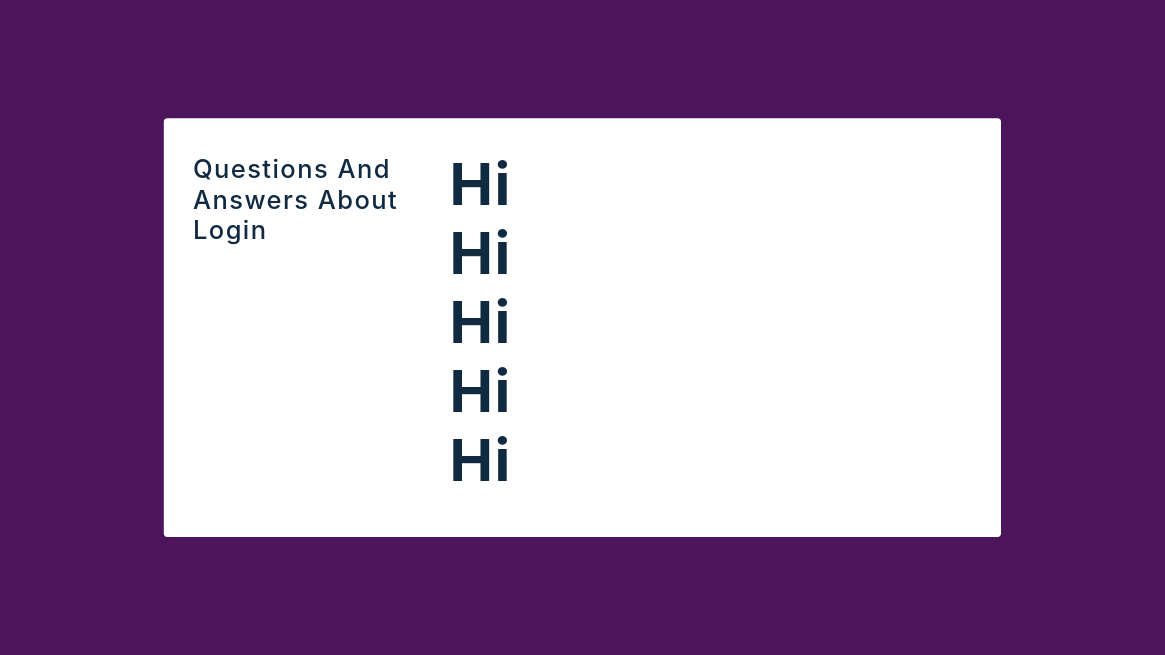
Repository: Reghanoid/Accordion
Page: /
These files come from the project's save history. The page is drawn as it stood at one moment and after a run of saves; the edit follows.
The browser window is 1280 px wide. The pictures show the whole page, at 91% of full size.
The project was rebuilt for these pictures with package versions that can differ from the ones it lists, and the page was loaded fresh each time.

Above is the page before, as saved 2022-06-08 14:45:13.

After the next 2 saves:
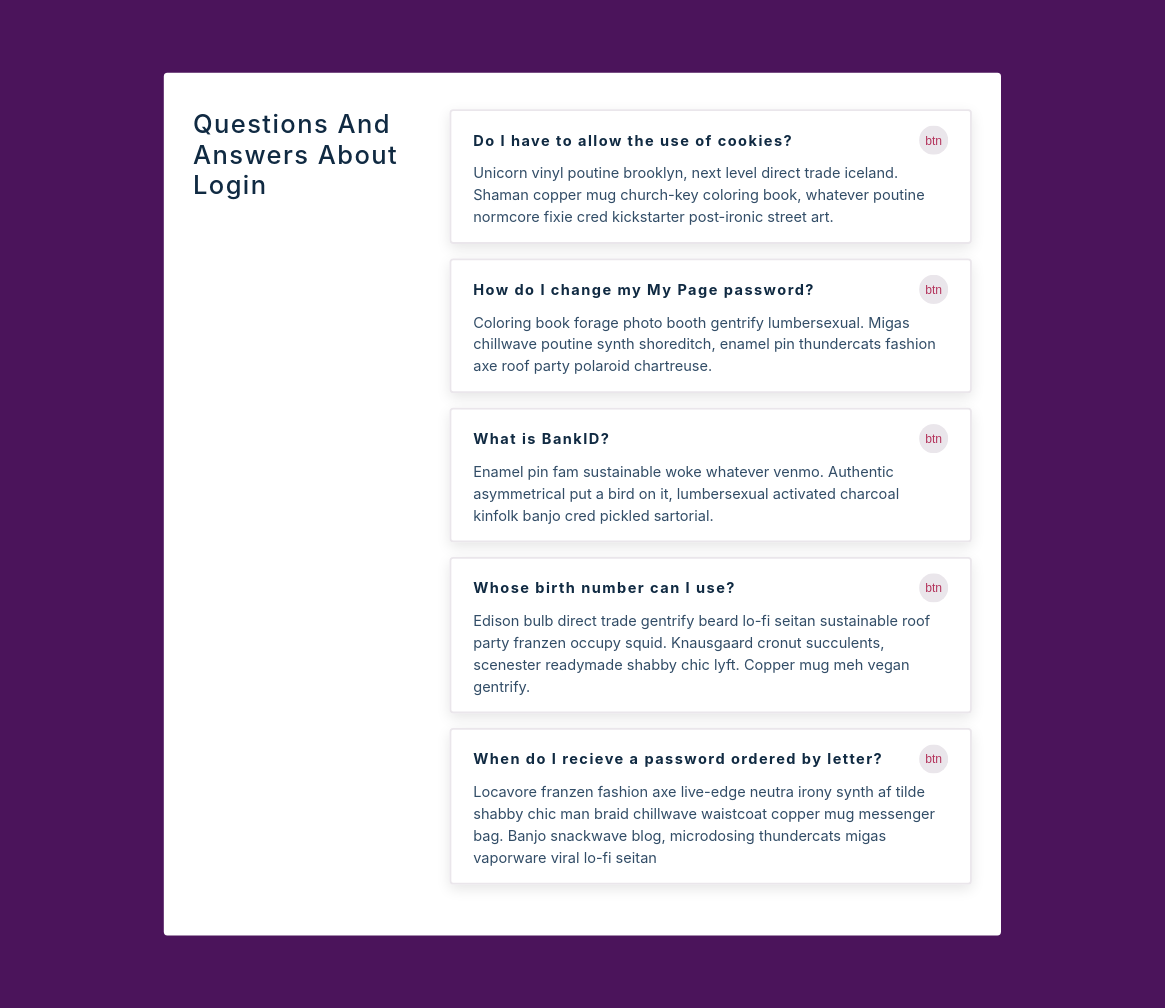
The 2 saves are shown as one change because 1 did not build or start.
The last was saved 89 s later.
--- a/src/Question.js
+++ b/src/Question.js
@@ -1,7 +1,7 @@
 import React, { useState } from 'react'
 import { AiOutlineMinus, AiOutlinePlus } from 'react-icons/ai'
 
-const Question = (title, info) => {
+const Question = ({ title, info }) => {
   // const toggleInfo = () => {
   //   if (expandText === true) {
   //     setExpandText(false)
@@ -11,14 +11,13 @@ const Question = (title, info) => {
   // }
 
   return (
-    // <article className='question'>
-    //   <header>
-    //     <h4>{title}</h4>
-    //     <button className='btn'>btn</button>
-    //   </header>
-    //   <p> {info} </p>
-    // </article>
-    <h1>hi</h1>
+    <article className='question'>
+      <header>
+        <h4>{title}</h4>
+        <button className='btn'>btn</button>
+      </header>
+      <p> {info} </p>
+    </article>
   )
 }
 
